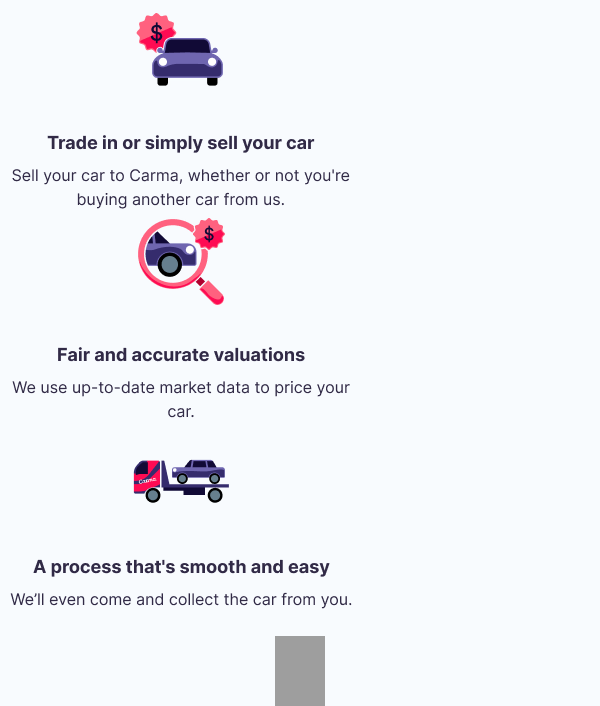
Repository: KHANas02/project
Page: index.html
These files come from the project's save history. The page is drawn as it stood at one moment and after the next save; the edit follows.
The browser window is 600 px wide. The pictures show the part of the page from y = 500 to 1276 px (the page is 1206 px tall before and 1276 px after).
Pictures or frames that could not be fetched are drawn as grey boxes.

Above is the page before, as saved 2024-03-31 21:53:29.

### index.html
<!DOCTYPE html>
<html lang="en">
  <head>
    <meta charset="UTF-8" />
    <meta name="viewport" content="width=device-width, initial-scale=1.0" />
    <title>by_me</title>
  </head>
  <link rel="stylesheet" href="./style.css" />
  <link rel="stylesheet" href="./media.css" />
  <body>
    <div class="div1">
      <div class="section1">
        <div class="section1text">
          <b
            >Sell or trade in your <br />
            car with us</b
          >
          <br />
          <br />

          <img src="Section.png" alt="" class="section1photo" />
        </div>
      </div>
    </div>
    <div class="seciton2">
      <div class="seciton2img1">
        <img src="div img1.png" alt="" />
      </div>
      <div class="seciton2img2">
        <img src="div (2).png" alt="" class="section2img2" />
      </div>
      <div class="seciton2img3">
        <img src="div (3).png" alt="" />
      </div>
    </div>

<div class="footer">
  <!-- <img src="Footer.png" alt="" class="footer1"> -->
</div>
<div class="link2">

</div>

  </body>
</html>

### style.css
.section1 {
  width: 100%;
  height: 500px;
  background-image: url(https://s3-alpha-sig.figma.com/img/86fe/255f/e03f2da3b25937c8cb1c2a74028eb3ad?Expires=1712534400&Key-Pair-Id=APKAQ4GOSFWCVNEHN3O4&Signature=pn~z3YThs1wl5Y0Wfhk~03bT84deIkKZy~~ViNb8p7GILtPJxnwJ3nbUUL65ldgiivaH30h7trtS2bEDOwae8yvul9GAZ-YMWeTW7EMM~Ei84BmvK2UWqeqftqZm0PMWPqpVA1lGNVhbxGvyrhY1iEYltm7p5t9OfBln-ZTisd6695e97gCmaWRLMnVwUO5fQ3CYvWKElSl3uRAL2laEn7uDtpQqVEruZXj8KgVYJyjMAWXe~4EXdGHynypWnZdDh958Cdy4LaHzdezNt~HSDZKrSe6S-PqvEwvXFK1EjV-My8TTX0KLEncR6UDPFA5N1mDHXqqrj2ecqQoQMWxfog__);
  background-repeat: no-repeat;
  background-size: cover;
  margin: 0 auto;
}
.section1text {
  font-family: Inter;
  font-size: 30px;
  font-weight: 700;
  line-height: 40px;
  text-align: center;
  color: aliceblue;
  position: relative;
  top: 60px;
}

.section1photo {
  width: 300px;
  height: 300px;
  position: relative;
  top: -15px;
  margin: 0 auto;
}
.section2 {
  display: flex;
  align-items: center;
  justify-content: center;
}
.section3img {
  width: 100%;
  height: 400px;
}
body {
  background-color: #f8fbfe;
  margin: 0 auto;
}
.footer {
  background-image: url(Footer.png);
  width: 100%;
  height: 400px;
  background-repeat: no-repeat;
}

### media.css
@media screen and (min-width: 425px) and (max-width: 767px) {
  img {
    display: flex;
    align-items: center;
    justify-content: center;
  }
  .img {
    width: 60%;
    height: auto;
  }
  .footer {
    width: 50px;
    height: 70px;

    background-image: url(Header\ ⏵\ Heading\ 4\ ⏵\ Need\ support_\ We\'re\ here\ to\ help..png) ;

    background-image: url(Link.png);
    background-image: url(link2.png);
    background-image: url(link3.png);
    background-repeat: no-repeat;
    background-size: cover;
    margin: 0 auto;
  }
  .link2{
     background-repeat: no-repeat;
    background-size: cover;
    margin: 0 auto;
    background-image: url(Link.png);
  }
}

After the next save:
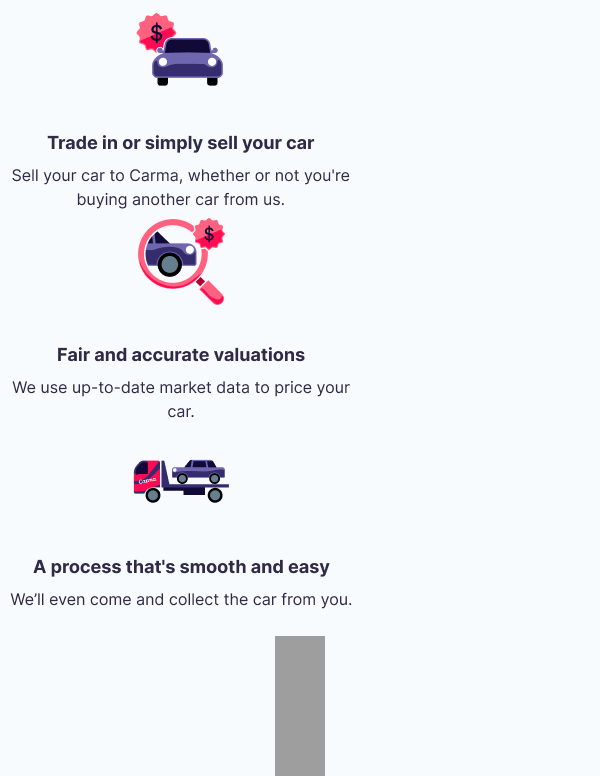
Saved 17 s later.
--- a/media.css
+++ b/media.css
@@ -22,6 +22,8 @@
     margin: 0 auto;
   }
   .link2{
+     width: 50px;
+    height: 70px;
      background-repeat: no-repeat;
     background-size: cover;
     margin: 0 auto;
